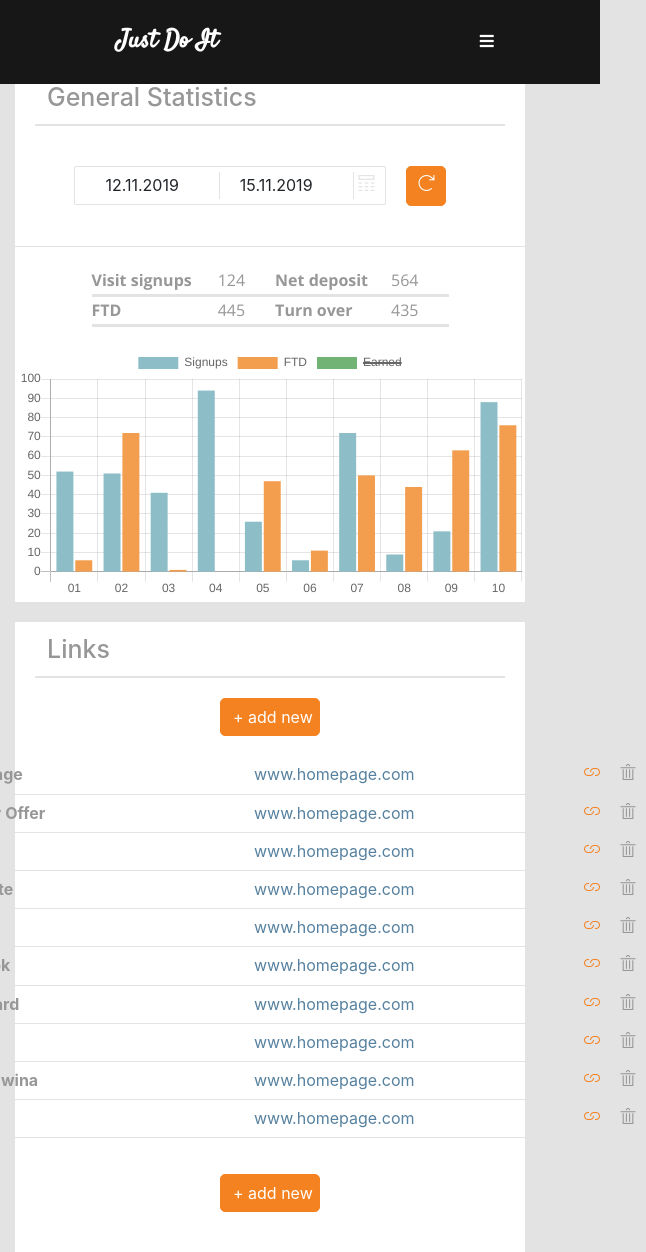
Repository: OllaWilk/wwwJustDoIt
Page: index.html
An editor plug-in stored every save of this project. The page is shown before and after the next save, followed by the edit.
The browser window is 600 px wide. The page is 646 px wide, so the pictures cover 646 px, including what lies to the right of the window. The pictures show the whole page.
Some web libraries are served in a nearby version. The style sheet was rebuilt from its Sass, Less or Tailwind sources for each picture, by a compiler version that may differ from the author's.

Above is the page before, as saved 2019-12-25 16:11:46.

### index.html
<!DOCTYPE html>
<html lang=”en”>
    <head>
        <meta charset=”utf-8”>
        <meta name="viewport" content="width=device-width, initial-scale=1.0">
        <meta http-equiv="X-UA-Compatible" content="ie=edge">
        <meta name="description" content="Projekt indywidualny z kursu Kodilla">
        <meta name="keywords" content="kodilla, indiwidual, project">
        <title>Just Do It - soloProject</title>
            <link href="https://use.fontawesome.com/releases/v5.7.2/css/all.css" rel="stylesheet">
            <link href="https://fonts.googleapis.com/css?family=Open+Sans:400,400i,700|Satisfy&display=swap&subset=latin-ext" rel="stylesheet">
            <link rel="stylesheet" href="https://stackpath.bootstrapcdn.com/bootstrap/4.1.3/css/bootstrap.min.css" integrity="sha384-MCw98/SFnGE8fJT3GXwEOngsV7Zt27NXFoaoApmYm81iuXoPkFOJwJ8ERdknLPMO" crossorigin="anonymous">
            <link rel="stylesheet" href="css/style.css">
            <link rel="stylesheet" href="vendor/css/Glyphter.css">
        </head>
    <body>
        <nav class = "navigation">
            <div class = "navigationWraper">
                <div class  ="navigationTop">
                    <h1 class = "logo">Just Do It</h1>
                    <i id="hamburger" class="fas fa-bars"></i>
                </div>
                <div = class="navigationWraperMobile">
                    <ul>
                        <li><i id="start" class="icon-general"></i><a class="menuButon" href="index.html">General</a></li>
                        <li><i id="details" class="icon-details"></i><a class="menuButon" href="index.html">Details </a></li>
                        <li><i id="links" class="icon-links"></i><a class="menuButon" href="index.html">Links</a></li>
                        <li><i id="banners" class="icon-banners"></i><a class="menuButon" href="index.html">Banners</a></li>
                        <li><i id="personal data" class="icon-personaldata"></i><a class="menuButon" href="index.html">Personal Data</a></li>
                        <li><i id="payout" class="icon-payout"></i><a class="menuButon" href="index.html">Payout</a></li>
                        <li><i id="postback" class="icon-postback"></i><a class="menuButon" href="index.html">Postback</a></li>
                    </ul>
                    <div class = "menagoImg">
                        <h2>Your Manager</h2>
                        <a class="menuButon" href = "index.html">
                            <img src="images/business-woman-746766_1920.jpg">
                        </img>Luisa</a>
                    </div>
                </div>
            </div>
        </nav>

        <div class= "topMenu">
            <div class = "topMenuWrapper">
                <div class= "iconsTopMenu">
                    <i id="wallet" class="icon-wallet"></i>
                    <h3>$ 1,5000</h3>
                    <i id="arrowDown" class="icon-arrow-down-small"></i>
                </div>
                <div class= "iconsTopMenu">
                    <i id="notification" class="icon-notification"></i>
                </div>
                <div class= "iconsTopMenu">
                    <i id="profile" class="icon-profile"></i>
                    <p>Jan Kowalski</p>
                </div>
                <div class= "iconsTopMenu">
                    <i id="start" class="icon-quit"></i>
                </div>
            </div>
        </div>

        <section class = "container">
            <div class = "section  mainPage">
                <h2  class="title">General Statistics</h2>
                <div class="dates">
                    <div class="datesConteiner">
                        <div class="dateStart">12.11.2019</div>
                        <div class="dateEnd">15.11.2019 </div>
                        <i id="calendar" class="icon-calendar"></i>
                    </div>
                    <a href="index.html" id="refresh" class="btnRefrsh btn icon-refresh"></a>
                </div>
                <div class="statistic">
                    <div class="legendWrap">
                        <table>
                            <tr>
                              <td class="visitSignups">
                                <h3>Visit signups</h3>
                                <p>124</p>
                              </td>
                              <td class="netDeposit">
                                <h3>Net deposit</h3>
                                <p>564</p>
                              </td>
                            </tr>
                            <tr>
                              <td class="FTD">
                                <h3>FTD</h3>
                                <p>445</p>
                              </td>
                              <td class="turnOver">
                                <h3>Turn over</h3>
                                <p>435</p>
                              </td>
                            </tr>
                        </table>
                    </div>
                    <canvas id="myChart"></canvas>
                </div>
            </div>

            <div class = "section links">
                <h2  class="title">Links</h2>
                <div class="btnWraper">
                    <a href="index.html" id="refresh" class="btn btnAddNew">+ add new</a>
                </div>
                <div class = "linkWraper">
                    <ul>
                        <li>
                            <p>Home Page</p>
                            <a href="index.html">www.homepage.com</a>
                            <i id="start" class="colorLinks icon-links"></i>
                            <i id="start" class="icon-trash"></i>
                        </li>
                        <li>
                            <p>Curently Offer</p>
                            <a href="index.html">www.homepage.com</a>
                            <i id="start" class="colorLinks icon-links"></i>
                            <i id="start" class="icon-trash"></i>
                        </li>
                        <li>
                            <p>Blurpix</p>
                            <a href="index.html">www.homepage.com</a>
                            <i id="start" class="colorLinks icon-links"></i>
                            <i id="start" class="icon-trash"></i>
                        </li>
                        <li>
                            <p>Youre Site</p>
                            <a href="index.html">www.homepage.com</a>
                            <i id="start" class="colorLinks icon-links"></i>
                            <i id="start" class="icon-trash"></i>
                        </li>
                        <li>
                            <p>Google</p>
                            <a href="index.html">www.homepage.com</a>
                            <i id="start" class="colorLinks icon-links"></i>
                            <i id="start" class="icon-trash"></i>
                        </li>
                        <li>
                            <p>Facebook</p>
                            <a href="index.html">www.homepage.com</a>
                            <i id="start" class="colorLinks icon-links"></i>
                            <i id="start" class="icon-trash"></i>
                        </li>
                        <li>
                            <p>Dashboard</p>
                            <a href="index.html">www.homepage.com</a>
                            <i id="start" class="colorLinks icon-links"></i>
                            <i id="start" class="icon-trash"></i>
                        </li>
                        <li>
                            <p>Blurax</p>
                            <a href="index.html">www.homepage.com</a>
                            <i id="start" class="colorLinks icon-links"></i>
                            <i id="start" class="icon-trash"></i>
                        </li>
                        <li>
                            <p>Piece of wina</p>
                            <a href="index.html">www.homepage.com</a>
                            <i id="start" class="colorLinks icon-links"></i>
                            <i id="start" class="icon-trash"></i>
                        </li>
                        <li>
                            <p>Twitter</p>
                            <a href="index.html">www.homepage.com</a>
                            <i id="start" class="colorLinks icon-links"></i>
                            <i id="start" class="icon-trash"></i>
                        </li>
                    </ul>

                </div>
                <div class="btnWraper">
                    <a href="index.html" id="refresh" class="btn btnAddNew">+ add new</a>
                </div>
            </div>
        </section>

        <script src="https://cdnjs.cloudflare.com/ajax/libs/Chart.js/2.4.0/Chart.min.js"></script>
        <script src="js/script.js"></script>
    </body>
</html>

### js/script.js
const hamburgerMenuLeft = document.getElementById('hamburger');
const mobileMenu = document.querySelector('navigationWraperMenu');

hamburger.addEventListener('click', function(){
    mobileMenu.classList.toggle('active');
});

var ctx = document.getElementById('myChart').getContext('2d');

var chart = new Chart(ctx, {
    // 1
    type: 'bar',
    data: {
        // 2
        labels: ["01", "02", "03", "04", "05", "06", "07", "08", "09", "10"],
        // 3
        datasets: [{
            // 4
            label: "Signups",
            // 5
            backgroundColor: '#8DBEC8',
            borderColor: '#8DBEC8',
            // 6
            data: [ 52, 51, 41, 94, 26, 6, 72, 9, 21, 88 ],
        },
        {
            label: "FTD",
            backgroundColor: '#F29E4E',
            borderColor: '#F29E4E',
            data: [ 6, 72, 1, 0, 47, 11, 50, 44, 63, 76 ],
        },
        {
            label: "Earned",
            backgroundColor: '#71B374',
            borderColor: '#71B374',
            data: [ 59, 49, 68, 90, 67, 41, 13, 38, 48, 48 ],
            // 7
            hidden: true,
        }]
    },
});

### sass/style.scss
/*importy styli*/
@import "variables";
@import "mixins";

@import "normalize";
@import "layout";

@import "sections/leftNavigtation";
@import "sections/topUserMenu";

@import "pages/mainPage";
@import "pages/links";
@import "components/mediaQuery";

### sass/_variables.scss
/*stałe graficzne*/
/*colors*/
$color-dark: #171717;
$color-light: #ffffff;
$color-buttonGreyDark: #979797;
$color-buttonGreyLight: #bbbbbb;
$color-buttonDisable: #e4e4e4;
$color-background: #E3E3E3;
$color-buttonOrangeDark: #F58220;
$color-buttonOrangeLight: #FFA200;
$color-onlineButton: #04AE00;
$color-notificationClicked: #74B67A;
$color-notificationUnclicked: #96CC9B;
$color-buttonNegativeClicked: #DE5252;
$color-buttonNegativeUnclicked: #EC7171;
$color-links: #56819F;
$color-strongRed: #FF0000;

/*font sizes*/

$paragraph-font-size: 16px;

/*fonts*/
$logo: 'Satisfy', cursive;
$brand-font: "Open Sans", Helvetica, Arial;
$default-font: 'Roboto', sans-serif;

### sass/_mixins.scss
/*buttons*/
.btn {
  display: inline-block;
  border-radius: 5px;
  font-size: 16px;
  text-align: center;
  text-decoration: none;
  cursor: pointer;
  border: 1px solid $color-buttonOrangeDark;
  background-color: $color-buttonOrangeDark;
  color: $color-light;
  width: 100px;
  &:hover {
    background-color: $color-light;
    color: $color-buttonGreyDark;
    border: 1px solid $color-buttonGreyDark;
  }
}


.btnRefrsh {
  width: 40px;
  height: 40px;
  margin: 20px;
}

@mixin flex-center {
  display: flex;
  justify-content: center;
}

/*links*/

### sass/_layout.scss
/*Global*/
html {
    box-sizing: border-box;
}

*, *::before, *::after {
    box-sizing: inherit;
}

body {
    margin: 0;
    background-color: $color-background;
    font-size: 16px;
    line-height: 1.7;
    display: flex;
}

.container {
    width: calc(100% - 240px); //NIE DZIAŁA DLACZEGO?
    top: 70px;
    left: 240px;
    position: absolute;
    z-index: -1;
}

.section {
    background-color: $color-light;
    //width: 141%; //tu musi być 141% bo szerokość kontenera nie mogę zmienić
}

### sass/sections/_leftNavigtation.scss
.navigation {
    width: 240px;
    height: 100vh;
    position: fixed;
    background-color: $color-dark;
    color: $color-light;
    padding: 10px;

}

.navigationWraper {
    font-family: $brand-font;
    ul {
        font-size: 16px;
        list-style-type: none;
        color: $color-background;
        li {
            margin: 20px 0px;
            padding:10px;
            &:hover {
                border-left: 4px solid $color-buttonOrangeDark;
            }
        }
    }
}

.navigationTop {
        display: flex;
        align-items: baseline;
        i {
            font-size: 16px;
            margin-left: 70px;
            cursor: pointer;
            &:hover {
                color: $color-buttonOrangeDark;
        }
    }
}

.logo {
    font-family: $logo;
    font-size: 25px;
    font-weight: 600;
    margin-left: 10px;
}

.menuButon {
    color: $color-background;
    font-family: $brand-font;
    font-size: 16px;
    margin: 0 10px;
    text-decoration: none;
    &:hover {
        color: $color-background;
        text-decoration: none;
    }
}

.menagoImg {
    h2 {
        font-size: 25px;
        font-weight: 600;
        color: $color-background;
        margin: 25px 0 10px 10px;
    }
    a {
        img {
            border-radius: 50%;
            height: 55px;
            width: 55px;
            margin: 20px;
        }

    }
}

### sass/sections/_topUserMenu.scss
.topMenu {
    background-color: $color-light;
    width: calc(100% - 240px);
    height: 50px;
    margin-left: 240px;
    position: fixed;
}

.topMenuWrapper {
    display: flex;
    float: right;
    width: auto;
    margin: 5px 10px;
}

.iconsTopMenu {
    display: flex;
    align-items: baseline;
    border-left: 2px solid $color-background;
    padding: 10px 20px 0 20px;
    i {
        display:inline-block;
    }
    h3 {
        font-size: 20px;
        margin: 0 10px;
        font-weight: bold;
        font-family: $default-font;
    }
    p{
        font-size: 16px;
        margin: 0 10px;
        font-family: $default-font;
    }
}

/*UWAGI
inny krótszy zapisz gdzie p z 52 linijki html jest zamienione na h3: nie działa :first-child a działa :last-child

.iconsTopMenu {
    display: flex;
    align-items: baseline;
    border-left: 2px solid $color-background;
    padding: 10px 20px 0 20px;
    i {
        display:inline-block;
    }
    h3 {
        font-size: 16px;
        margin: 0 10px;
        font-weight: bold;
        :first-child{
            font-weight: bold;
        }
    }
}

*/

### sass/pages/_mainPage.scss
.title {
    color: $color-buttonGreyDark;
    font-weight: 550;
    font-size: 25px;
    border-bottom: 2px solid $color-background;
    padding: 12px;
    margin: 0 20px;
}

//Daty

.dates {
    display: flex;
    justify-content: center;
    padding: 20px 30px;
    align-items: baseline;
    border-bottom: 1px solid $color-background;
}

.datesConteiner {
    padding: 5px 10px;
    border: 1px solid $color-background;
    border-radius: 2px;
    display: flex;
    align-items: baseline;
    div {
        border-right: 1px solid $color-background;
        padding-left: 20px;
        padding-right: 40px;
        font-size: 16px;
    }
    i {
        color: $color-background;
        padding-left: 5px;
    }
}

.legendWrap {
    table {
      margin: 20px auto;
      width: 70%;
      border-spacing: 25px; //dlaczego nie działasz?
      tr {
        td {
          position: relative;
          padding: 0;
          border-bottom: 3px solid $color-background;
          width: auto;
          h3, p {
            display: inline;
            font-family: $brand-font;
            font-size: 16px;
            font-weight: bold;
            color: $color-buttonGreyDark;
            padding-right:  30px;
          }
          p {
            position: absolute;
            right: 0;
            margin: 0;
            font-weight: 500;
          }
        }
      }
    }
  }

### sass/pages/_links.scss

//Linki
.links {
    margin-top: 20px;
    padding-bottom: 20px;
}

.btnWraper {
    display: flex;
    justify-content: center;
}

.btnAddNew {
    margin: 20px;

}

.linkWraper {
    font-size: 16px;
    color: $color-buttonGreyDark;
    display: flex;
    justify-content: center;

    ul {
        li {
            display: flex;
            align-items: baseline;
            border-bottom: 1px solid $color-background;
            &:hover {
                background-color: $color-background;
            }
            p {
                font-weight: bold;
                margin: 5px 0;
                width: 320px;
            }
        }
    }
    a {
        color: $color-links;
        text-decoration: none;
        width: 320px;
    }
    i {
        margin: 0 10px;
    }
}

.colorLinks {
    color: $color-buttonOrangeDark;
    margin-left: 320px;
}

### sass/components/_mediaQuery.scss
@media (max-width: 750px) {

    .topMenuWrapper {
        display: none;
    }

    .navigation  {
        width: 100%;
        height: auto;
    }

    .navigationTop {
        justify-content: space-around;
    }

    .navigationWraperMobile {
        display: none;
    }

    .navigationWraperMobile.active {
        display: block;
        position: fixed;
        height: 100%;
        background-color: $color-dark;
        z-index: 1;
        line-height: 0;

    }

    .container {
        left: 0;
        width: 100%;
    }

    .topMenu {
        z-index: -1;
    }
}

Loaded but not shown: vendor/css/Glyphter.css (common file); sass/_normalize.scss (common file)

After the next save:
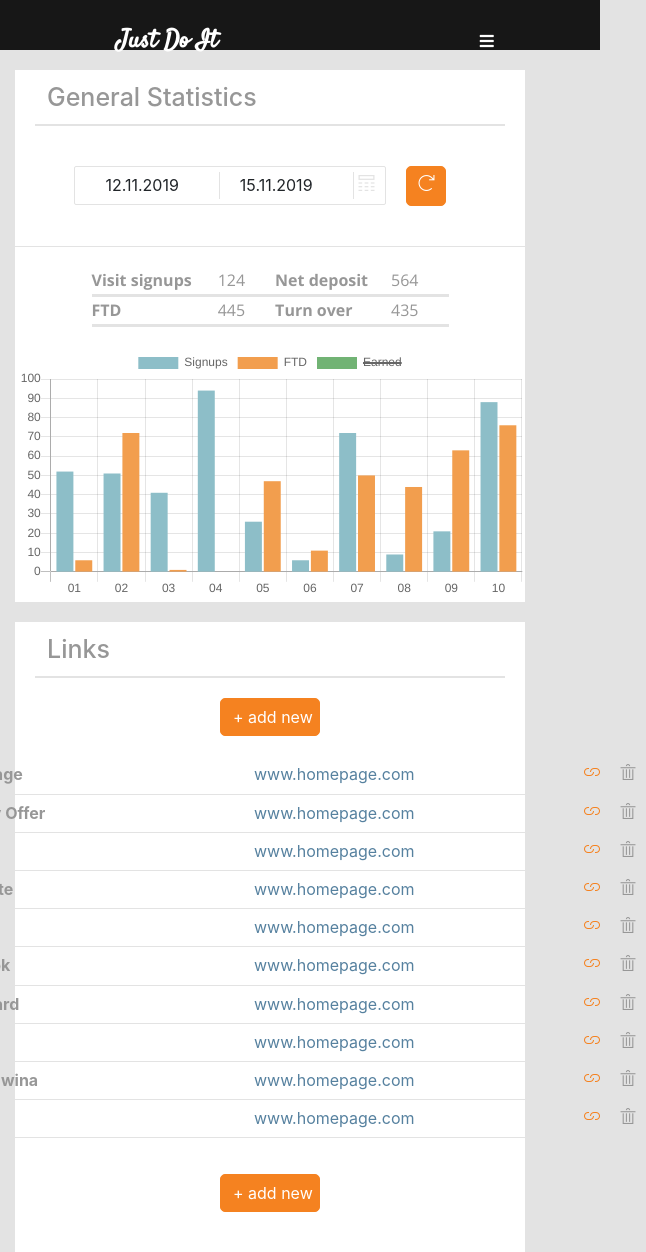
Saved 59 s later.
--- a/sass/components/_mediaQuery.scss
+++ b/sass/components/_mediaQuery.scss
@@ -6,7 +6,7 @@
 
     .navigation  {
         width: 100%;
-        height: auto;
+        height: 50px;
     }
 
     .navigationTop {

After the save that followed:
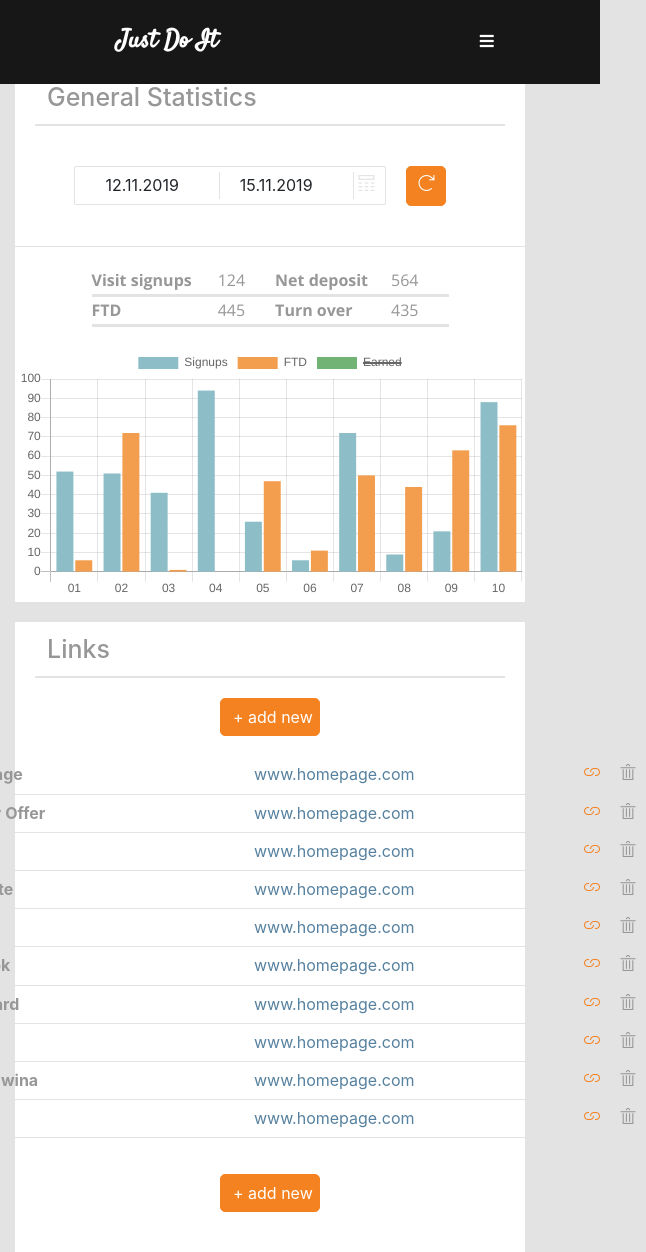
Saved 57 s later.
--- a/sass/components/_mediaQuery.scss
+++ b/sass/components/_mediaQuery.scss
@@ -6,7 +6,7 @@
 
     .navigation  {
         width: 100%;
-        height: 50px;
+        height: auto;
     }
 
     .navigationTop {
@@ -30,6 +30,7 @@
     .container {
         left: 0;
         width: 100%;
+        top: 70px;
     }
 
     .topMenu {
